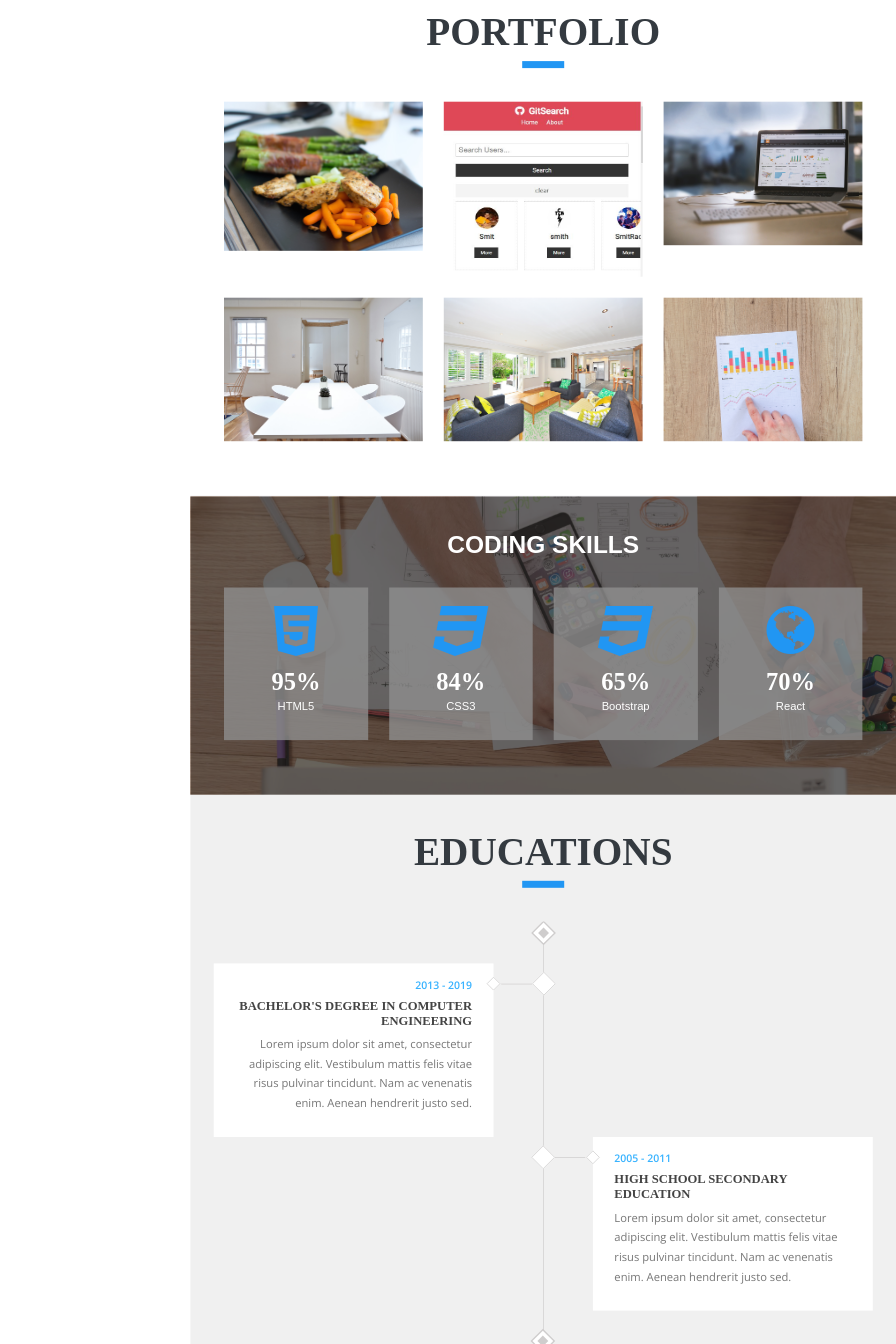
Repository: smit1298/portfolio
Page: index.html
An editor plug-in stored every save of this project. The page is shown before and after the next save, followed by the edit.
The browser window is 1280 px wide. The pictures show the part of the page from y = 1476 to 3396 px (the page is 4819 px tall), at 70% of full size.
Some web fonts or font styles are not loaded; a fallback is used.

Above is the page before, as saved 2021-06-28 18:04:54.

After the next save:
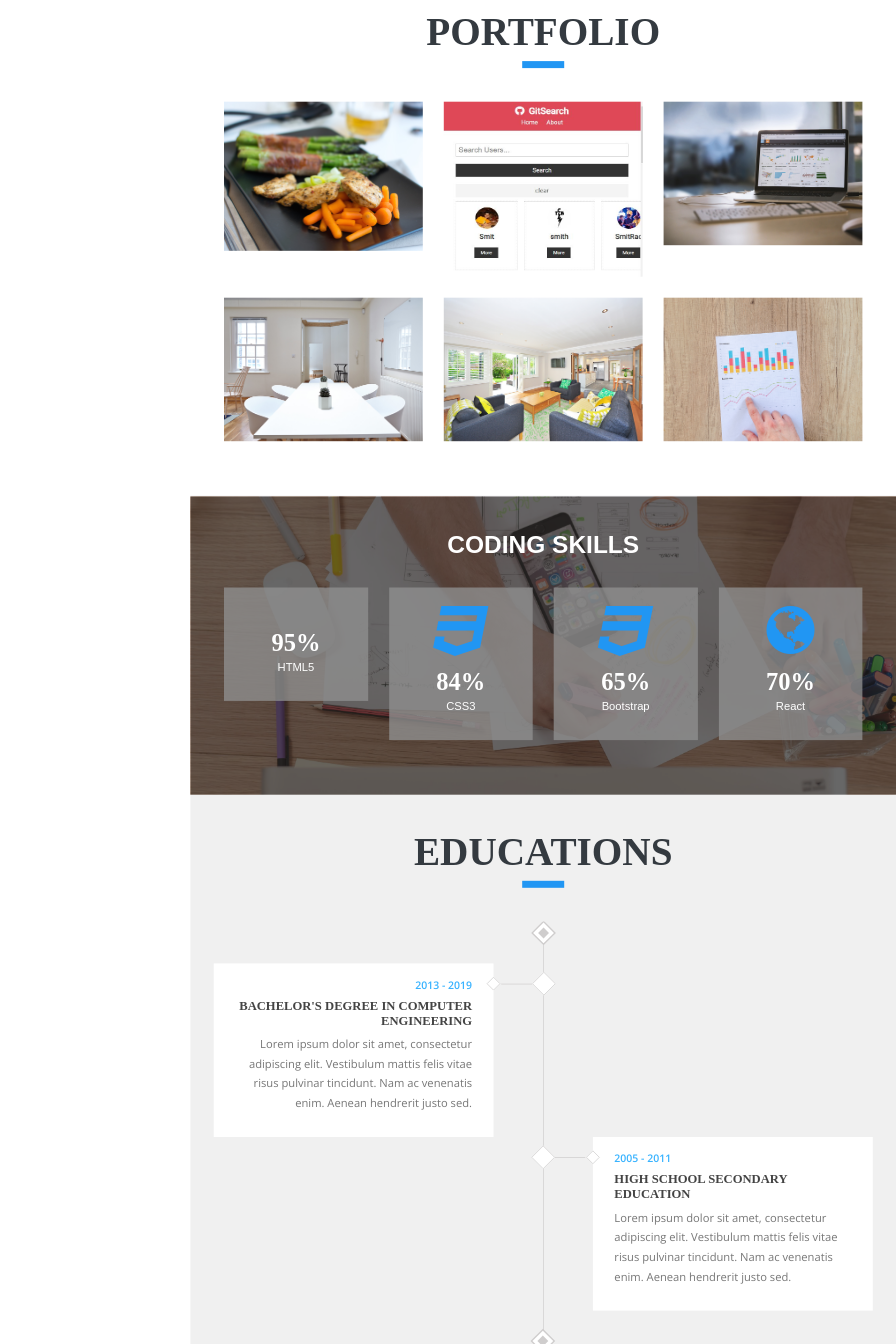
Saved 7 min 26 s later.
--- a/index.html
+++ b/index.html
@@ -339,8 +339,7 @@
           <div class="row text-center my-auto">
             <div class="col-md-3 col-sm-6">
               <div class="skill-item">
-                <i class="fa fa-html5 fa-5x"></i>
-                <h2><span class="counter"> 95 </span><span>%</span></h2>
+<img src="" alt="">                <h2><span class="counter"> 95 </span><span>%</span></h2>
                 <p>HTML5</p>
               </div>
             </div>
